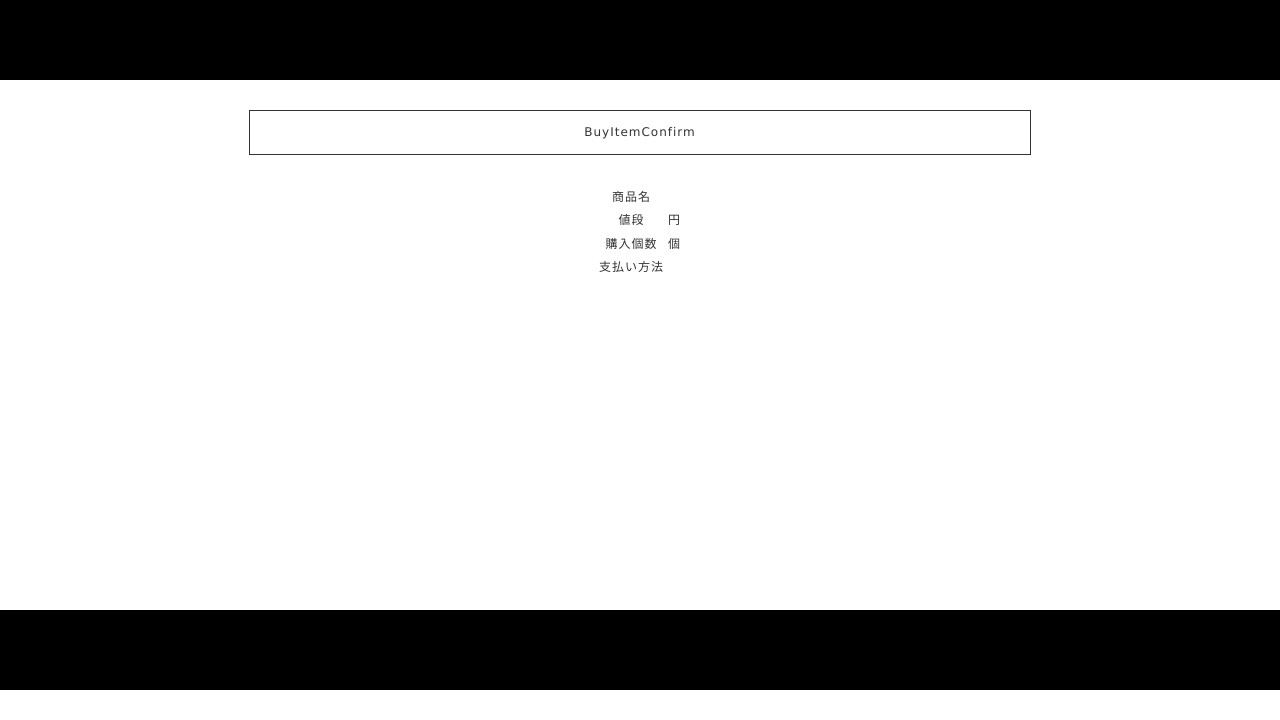
Repository: gjp373/test
Page: http://localhost/template/buyItemConfirm.jsp
The author's editor kept a copy of each file at every save. The page is drawn from the files as they stood at one save, then again after the next save.
The browser window is 1280 px wide. The pictures show the whole page.
The page is served by Tomcat 9.

Above is the page before, as saved 2018-03-30 03:56:13.

After the next save:
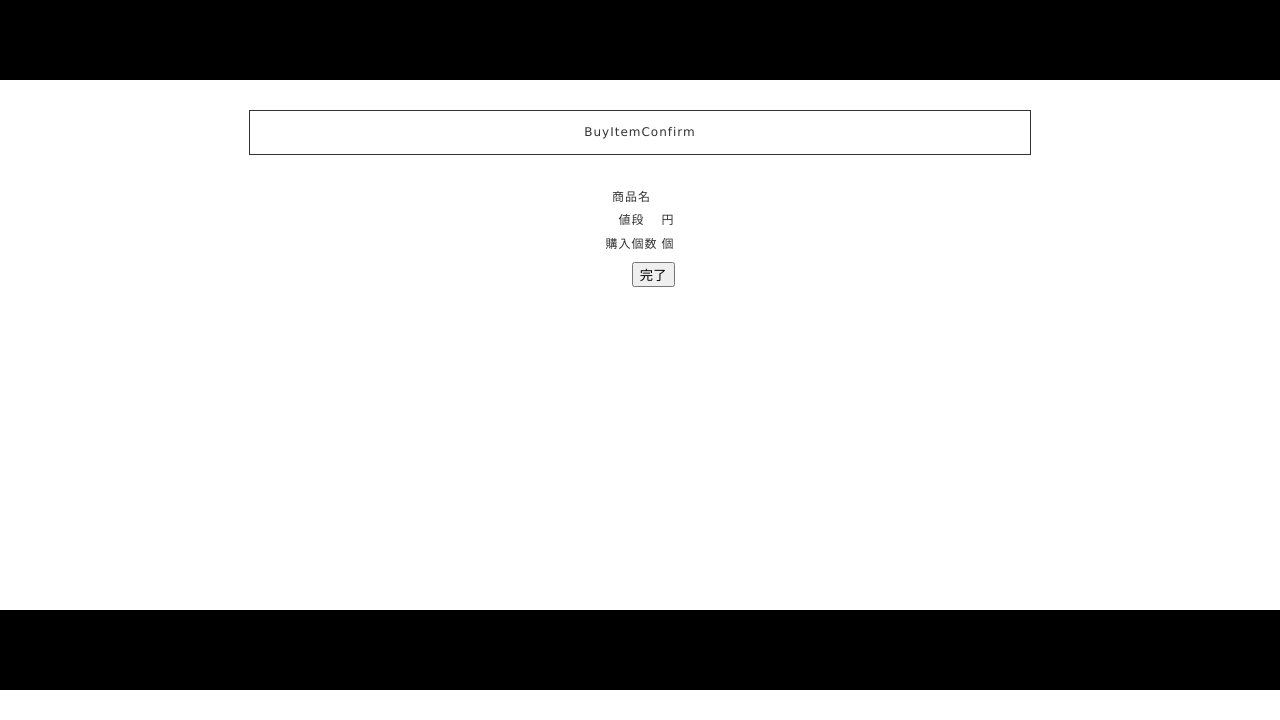
Saved 21 s later.
--- a/template/WebContent/buyItemConfirm.jsp
+++ b/template/WebContent/buyItemConfirm.jsp
@@ -105,21 +105,21 @@
 </tr>
 <tr>
 
-<td>支払い方法</td>
-<td><s:property value="session.pay" /></td>
+<td><s:submit value="完了" /></td>
 
 </tr>
-
-
 </table>
 </s:form>
-</div>
+
 </div>
 
-  <div id="footer">
-    <div id="pr"></div>
-  </div>
+</div>
+<div id="footer">
 
+<div id="pr">
+</div>
+
+</div>
 
 </body>
 </html>
